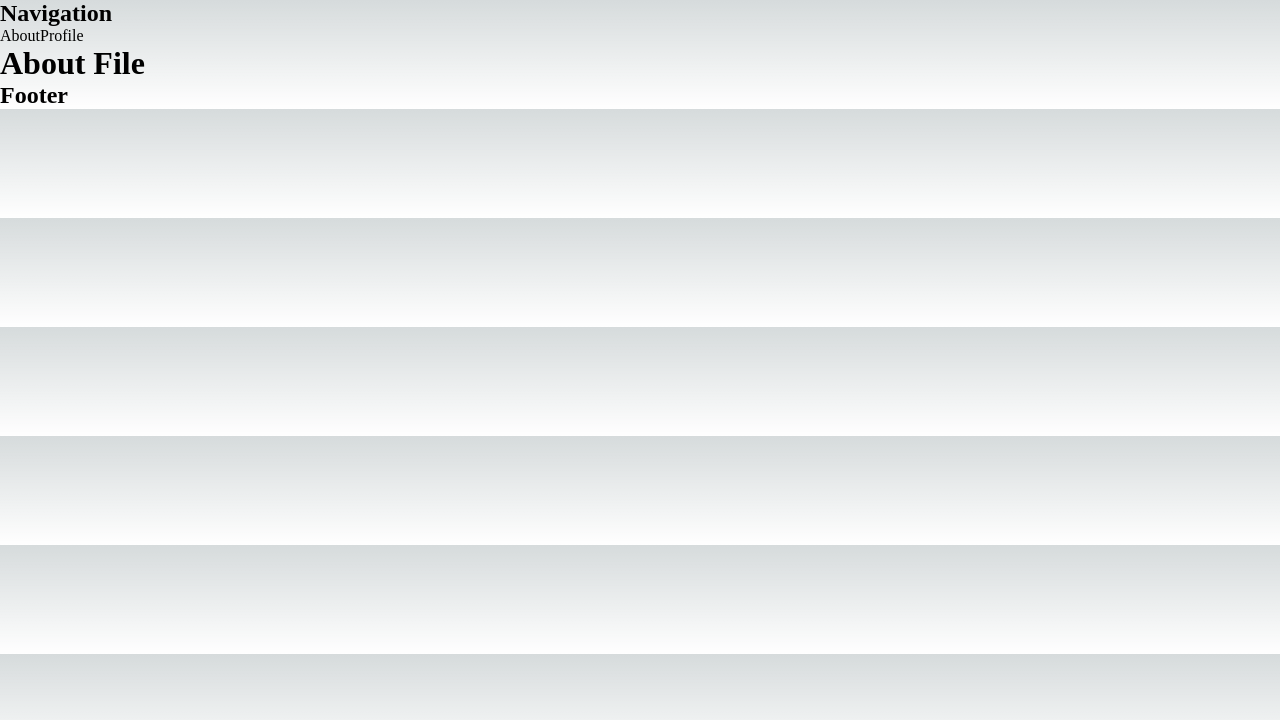
Repository: nyangmal123/nextjsprac
Page: /about
An editor plug-in stored every save of this project. The page is shown before and after the next save, followed by the edit.
The browser window is 1280 px wide. The pictures show the whole page.
The project was rebuilt for these pictures with package versions that can differ from the ones it lists, and the page was loaded fresh each time. The framework's server and built-in components were replaced by stand-ins that run in the browser. Also part of the build but not shown: next.config.js.

Above is the page before, as saved 2023-01-31 19:50:35.

After the next save:
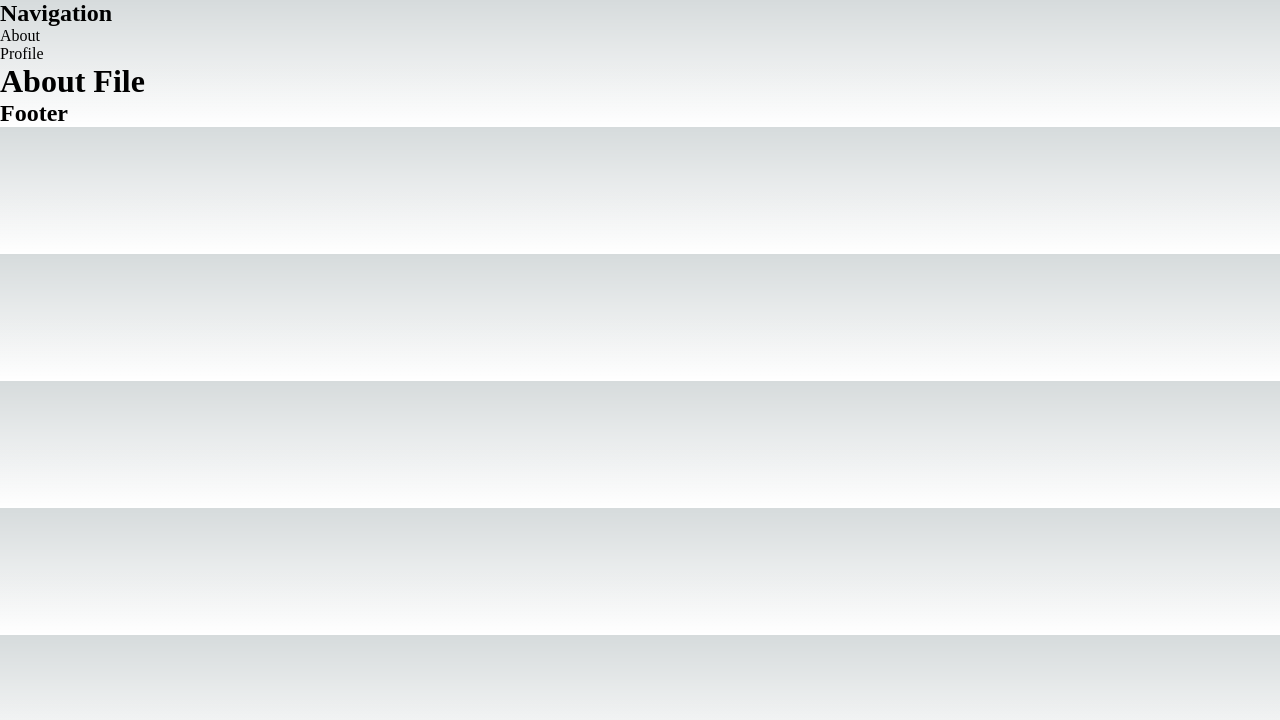
Saved 19 min 51 s later.
--- a/pages/_app.js
+++ b/pages/_app.js
@@ -1,8 +1,11 @@
 import '@/styles/globals.css';
 import Head from 'next/head';
 import Link from 'next/link';
+import { useRouter } from 'next/router';
 
-export default function App({ Component, pageProps }) {
+export default function MyApp({ Component, pageProps }) {
+  const router = useRouter();
+
   return (
     <div>
       <Head>
@@ -10,8 +13,20 @@ export default function App({ Component, pageProps }) {
       </Head>
       <div>
         <h2>Navigation</h2>
-        <Link href={`/about`}>About</Link>
-        <Link href={`/profile`}>Profile</Link>
+        <div
+          onClick={() => {
+            router.push('/about');
+          }}
+        >
+          About
+        </div>
+        <div
+          onClick={() => {
+            router.push('/profile');
+          }}
+        >
+          Profile
+        </div>
       </div>
       <Component {...pageProps} />
       <h2>Footer</h2>
